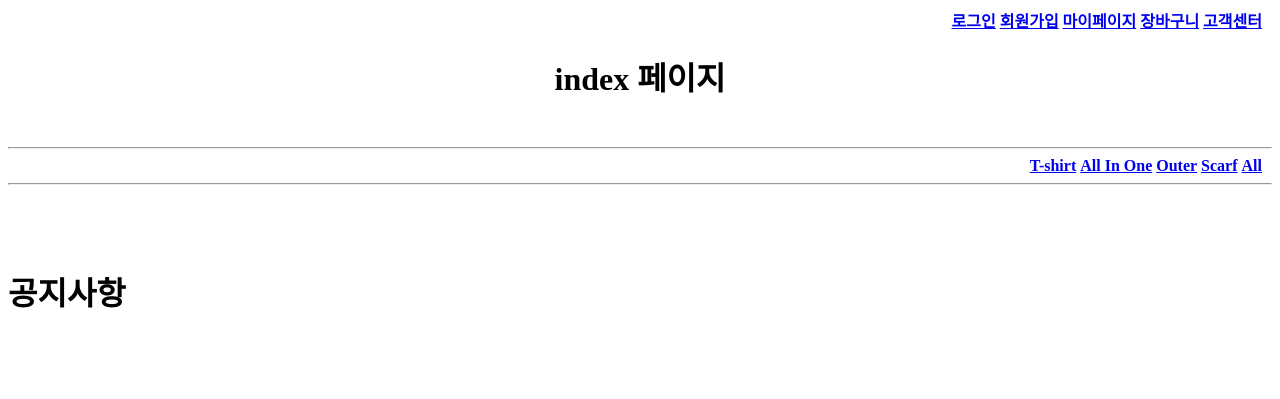
Repository: leeseungho1994/shopping
Page: http://localhost/shopping/WEB-INF/views/center/notice.jsp
An editor plug-in stored every save of this project. The page is shown before and after the next save, followed by the edit.
The browser window is 1280 px wide. The pictures show the whole page.
The page is served by Tomcat 9. Nobody is signed in. The template is opened directly, without the code that normally fills it, so the values that code supplies are empty.

Above is the page before, as saved 2020-12-10 14:10:20.

After the next save:
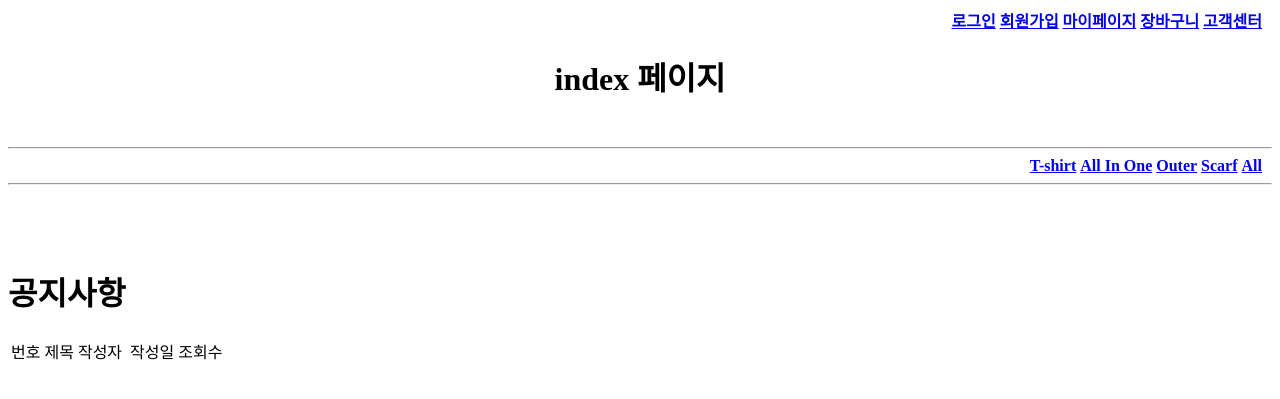
Saved 6 min 3 s later.
--- a/shopping/src/main/webapp/WEB-INF/views/center/notice.jsp
+++ b/shopping/src/main/webapp/WEB-INF/views/center/notice.jsp
@@ -10,6 +10,10 @@
 <body>
 <c:import url="../default/header.jsp"/>
 <h1>공지사항</h1>
-
+<table>
+	<tr>
+		<td>번호</td><td>제목</td><td>작성자</td><td></td><td>작성일</td><td>조회수</td>
+	</tr>
+</table>
 </body>
 </html>
